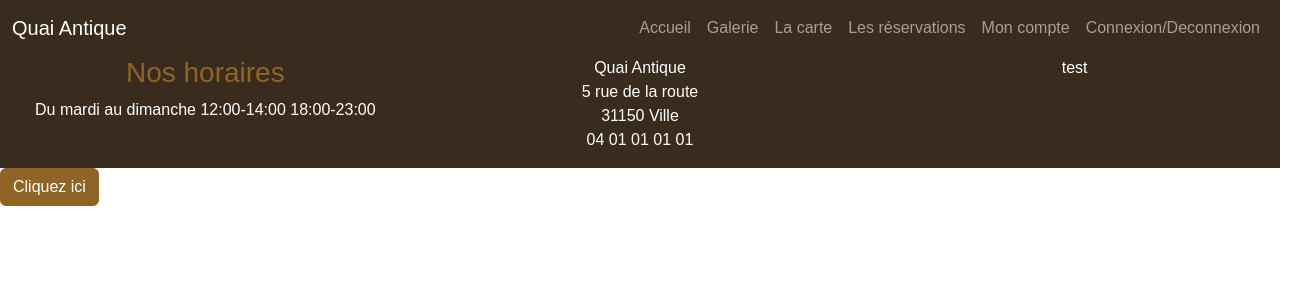
Repository: lemonhao9/QuaiAntiqueRestaurantFront
Page: index.html
The author's editor kept a copy of each file at every save. The page is drawn from the files as they stood at one save, then again after the next save.
The browser window is 1280 px wide. The page is 1292 px wide, so the pictures cover 1292 px, including what lies to the right of the window. The pictures show the whole page.
Some web fonts or font styles are not loaded; a fallback is used. Some web libraries are served in a nearby version. The style sheet was rebuilt from its Sass, Less or Tailwind sources for each picture, by a compiler version that may differ from the author's.

Above is the page before, as saved 2025-01-21 17:22:24.
Console error: TypeError: Cannot set properties of null (setting 'innerHTML')

After the next save:
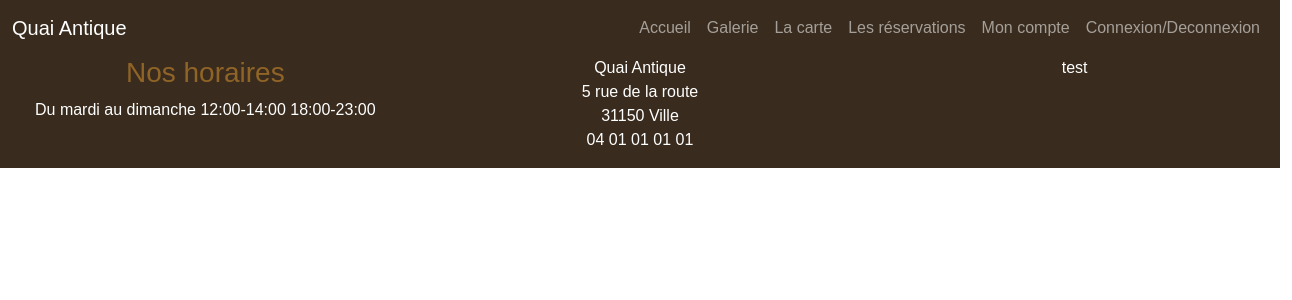
Saved 4 min 40 s later.
--- a/index.html
+++ b/index.html
@@ -62,7 +62,6 @@
             </div>
         </div>
     </footer>
-    <button class="btn btn-primary">Cliquez ici</button>
     <script type="module" src="Router/Router.js"></script>
     <script src="node_modules/bootstrap/dist/js/bootstrap.bundle.min.js"></script>
 </body>
